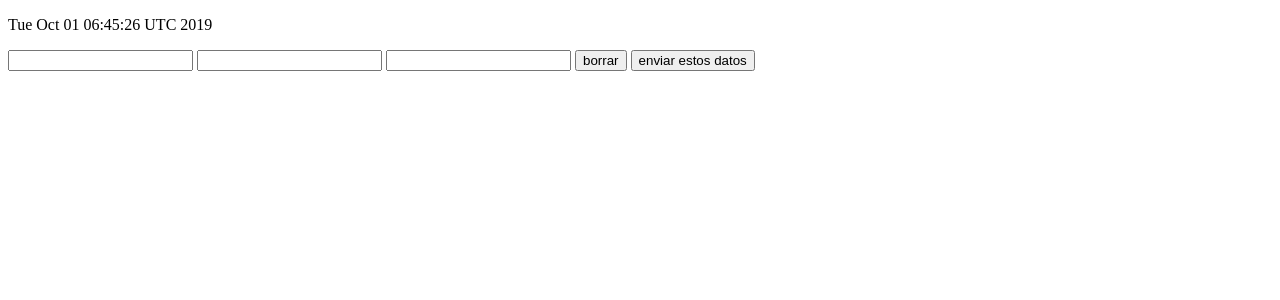
Repository: weertop/2DAW
Page: http://localhost/Formularios/controlText.jsp
The author's editor kept a copy of each file at every save. The page is drawn from the files as they stood at one save, then again after the next save.
The browser window is 1280 px wide. The pictures show the whole page.
The page is served by Tomcat 9.

Above is the page before, as saved 2019-10-01 06:54:30.

After the next save:
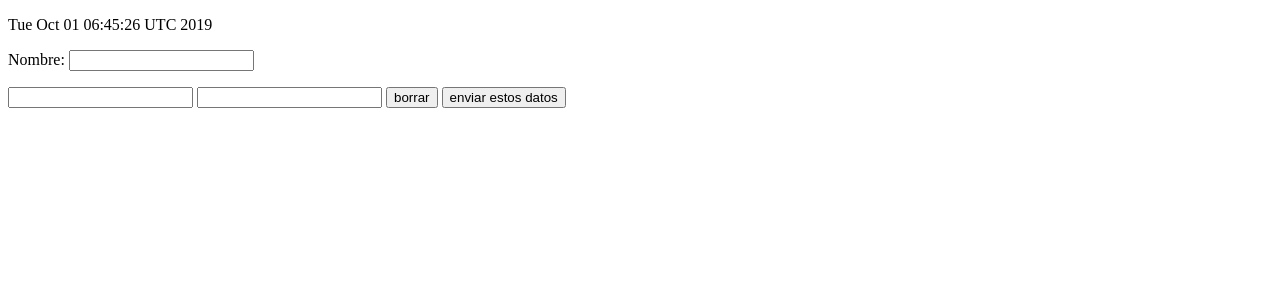
Saved 29 s later.
--- a/DWServidor/eclipse-workspace-photom/Formularios/WebContent/controlText.jsp
+++ b/DWServidor/eclipse-workspace-photom/Formularios/WebContent/controlText.jsp
@@ -12,11 +12,11 @@
 	out.println("<p>" + fecha + "</p>");
 	%>
 	<form action="destinoControlText.jsp" method="post">
-		<input type="text" name="nombre" />
+		<p> Nombre: <input type="text" name="nombre" /> </p>
 		<input type="text" name="color" />
 		<input type="text" name="correo" />
-		<input type="reset" name="borrar" value="borrar" />	<!-- el value es lo que se enviara -->
-		<input type="submit" name="enviar" value="enviar estos datos" />
+		<input type="reset" name="borrar" value="borrar" />
+		<input type="submit" name="enviar" value="enviar estos datos" /> <!-- el value es lo que se enviara -->
 	</form>
 </body>
 </html>
